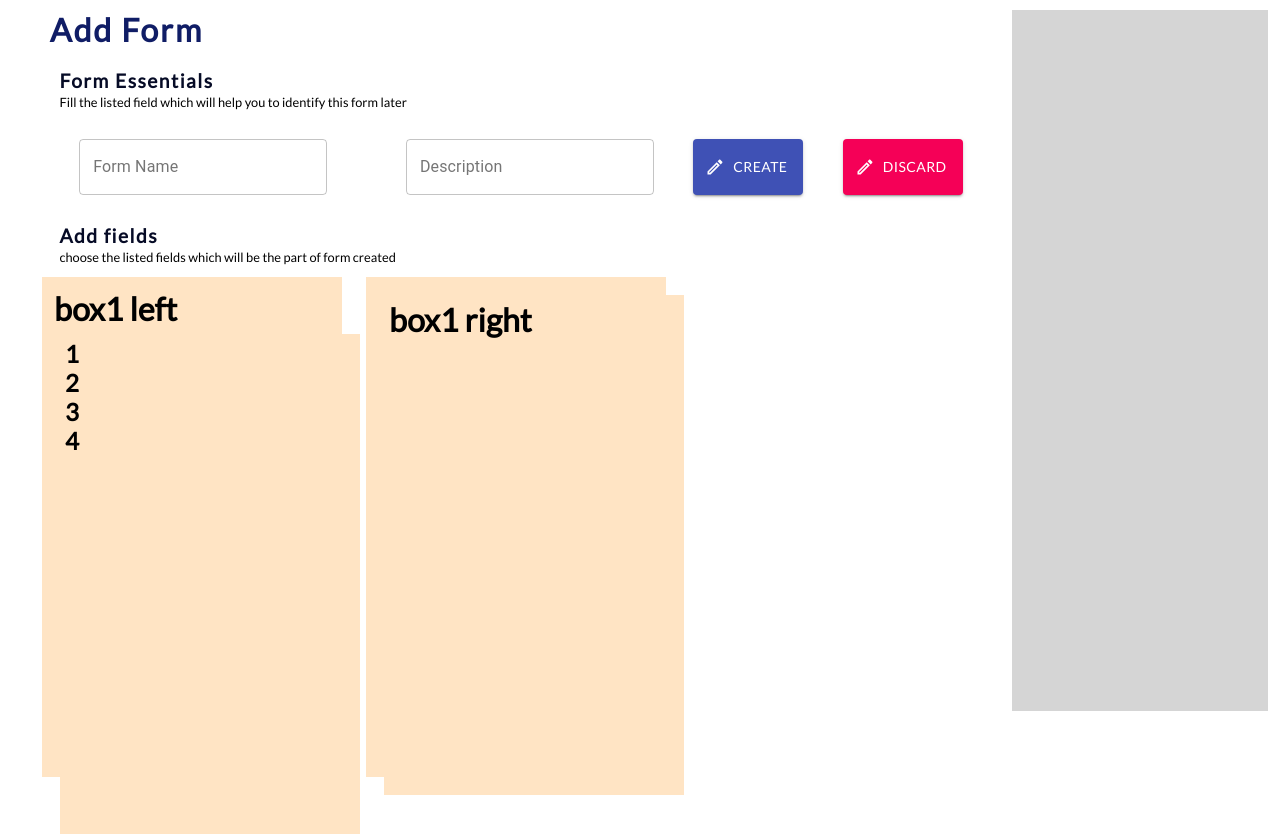
Repository: Architjain128/df
Page: /add
The author's editor kept a copy of each file at every save. The page is drawn from the files as they stood at one save, then again after the next save.
The browser window is 1280 px wide. The pictures show the whole page.
The project was rebuilt for these pictures with package versions that can differ from the ones it lists, and the page was loaded fresh each time. Also part of the build but not shown: src/App.css, src/dftable.js, src/dataForm.js.

Above is the page before, as saved 2021-06-26 02:48:22.

After the next save:
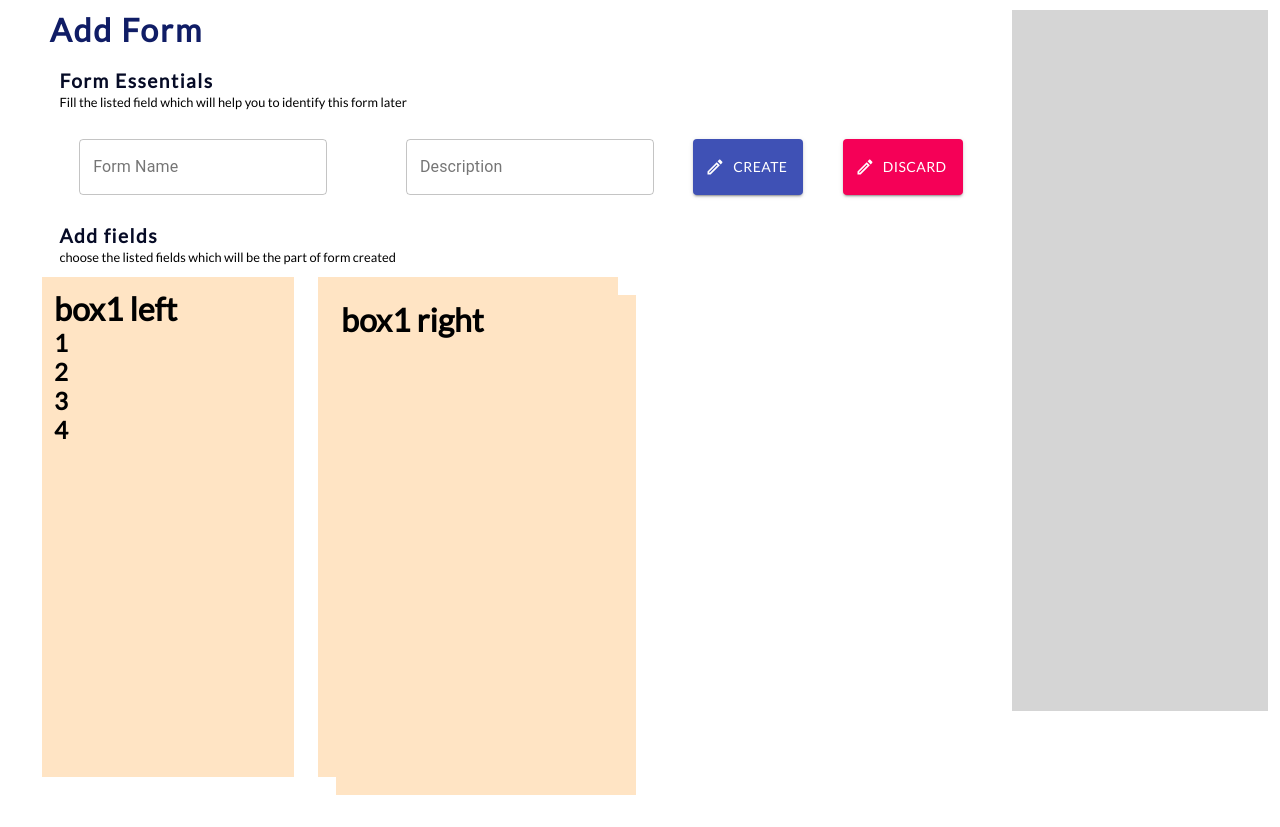
Saved 4 s later.
--- a/src/addDataForm.js
+++ b/src/addDataForm.js
@@ -124,7 +124,7 @@ class AddDataForm extends Component{
                                     <div className="sort-cat">
                                         <div className="sort-box">
                                             <h1>box1 left</h1>
-                                            <div id="sortable-1-left" className="sort-box">
+                                            <div id="sortable-1-left" className="sort-subbox">
                                                 <h2 className="sortable">1</h2>
                                                 <h2 className="sortable">2</h2>
                                                 <h2 className="sortable">3</h2>
